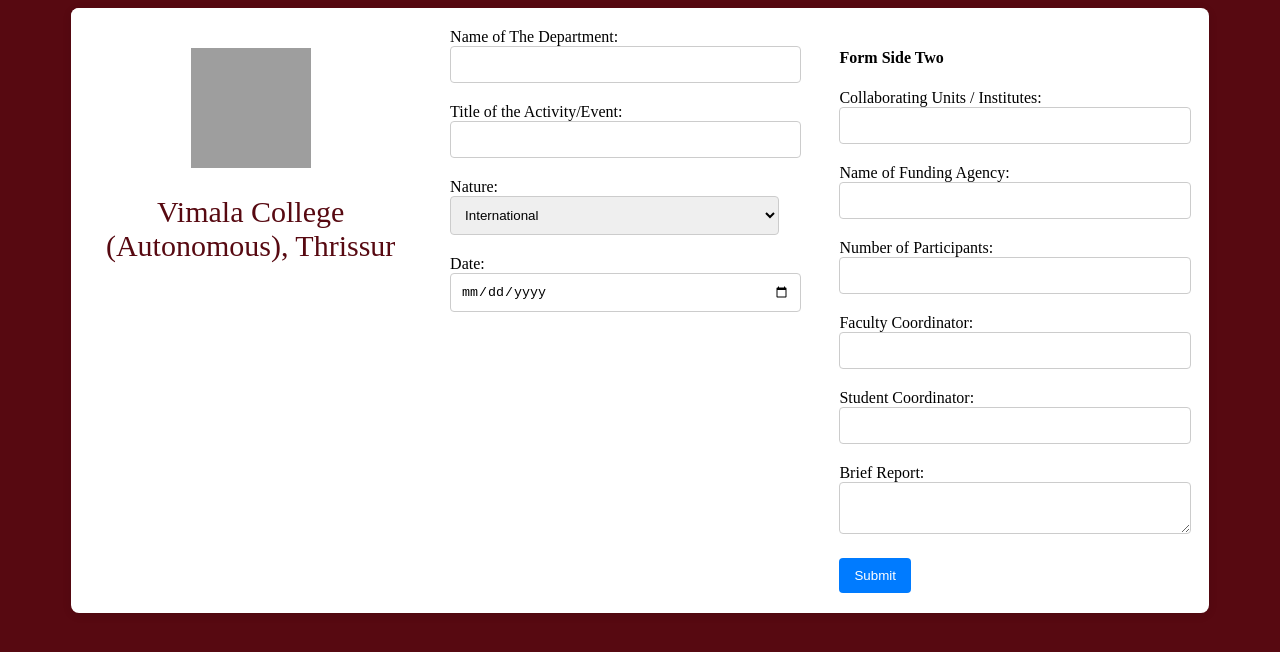
Repository: Rammjay/vimala-activity-report
Page: vim/report/reports/templates/1.html
An editor plug-in stored every save of this project. The page is shown before and after the next save, followed by the edit.
The browser window is 1280 px wide. The pictures show the whole page.
Pictures or frames that could not be fetched are drawn as grey boxes.

Above is the page before, as saved 2024-09-22 14:21:08.

After the next save:
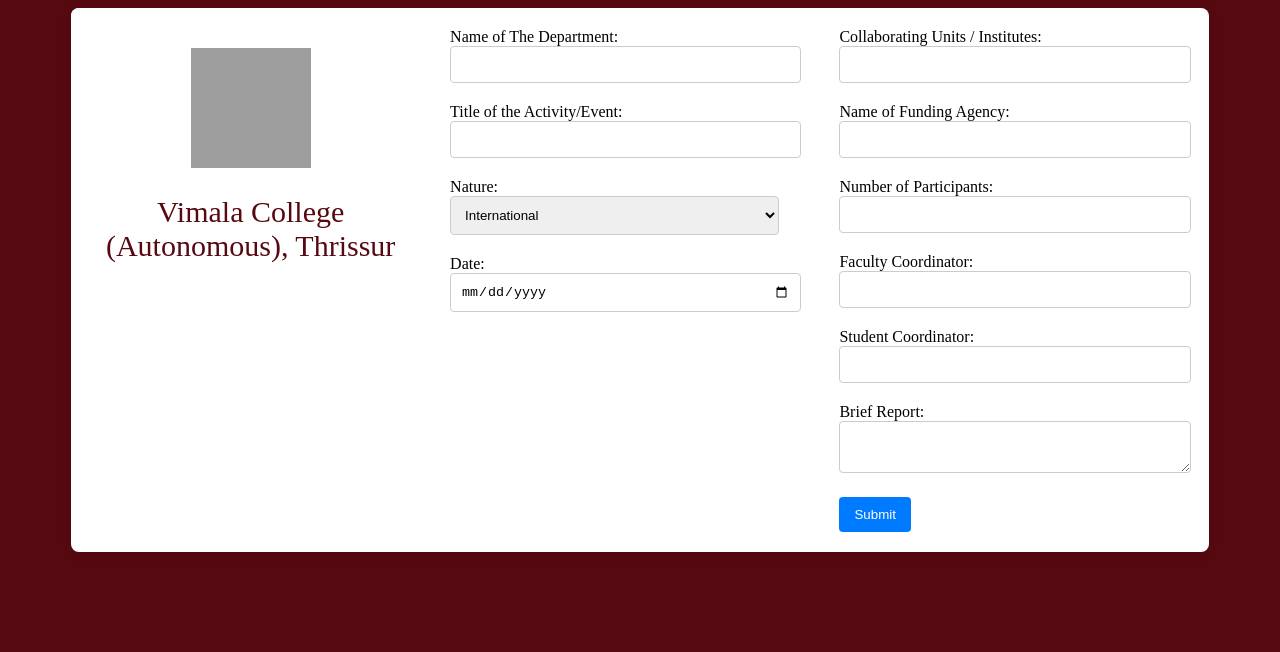
Saved 4 s later.
--- a/vim/report/reports/templates/1.html
+++ b/vim/report/reports/templates/1.html
@@ -110,7 +110,7 @@
                 </form>
             </div>
             <div class="side">
-                <h4>Form Side Two</h4>
+
                 <form method="post" id="myForm2">
                     <label for="colu">Collaborating Units / Institutes:</label>
                     <input type="text" id="colu" name="colu" maxlength="25" required>
